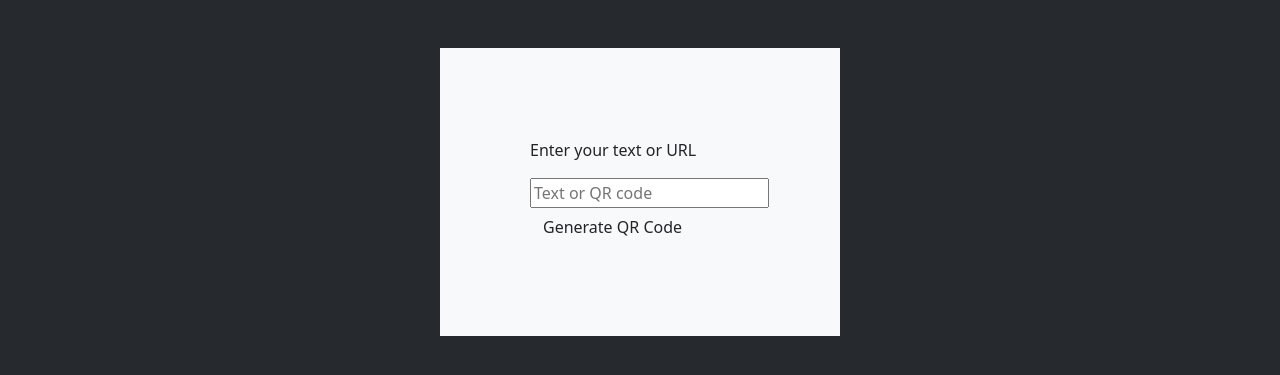
Repository: zeinawady/Qr-Code-Generator-App
Page: index.html
The author's editor kept a copy of each file at every save. The page is drawn from the files as they stood at one save, then again after the next save.
The browser window is 1280 px wide. The pictures show the whole page.

Above is the page before, as saved 2024-10-30 00:27:49.

### index.html
<!DOCTYPE html>
<html lang="en">
<head>
    <meta charset="UTF-8">
    <meta name="viewport" content="width=device-width, initial-scale=1.0">
    <title>Qr code generator</title>
    <link rel="stylesheet" href="css/bootstrap.min.css.map">
    <link rel="stylesheet" href="css/bootstrap.min.css">
    <link rel="stylesheet" href="css/style.css">
</head>
<body>
    <div class="container  d-flex justify-content-center align-items-center bg-light mt-5">
   <div class="container">
<p>Enter your text or URL</p>
<input type="text" placeholder="Text or QR code">
<button class="btn">Generate QR Code</button>
   </div>
</div>

    <script src="js/bootstrap.bundle.min.js"></script>
    <script src="js/bootstrap.bundle.min.js.map"></script>
<script src="js/script.js"></script>
</body>
</html>

### css/style.css
body{
    background-color:#262a2f ;
}
.container{
    max-width: 400px;
   padding: 45px;
}

Loaded but not shown: css/bootstrap.min.css (library); js/bootstrap.bundle.min.js (library); js/script.js (no copy from this time; the picture is the same without it)

After the next save:
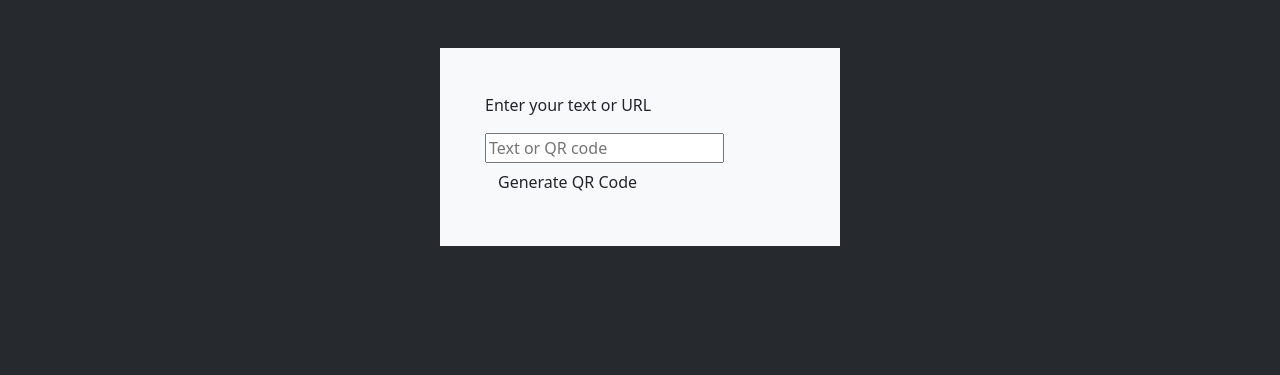
Saved 4 s later.
--- a/index.html
+++ b/index.html
@@ -10,7 +10,7 @@
 </head>
 <body>
     <div class="container  d-flex justify-content-center align-items-center bg-light mt-5">
-   <div class="container">
+   <div class="">
 <p>Enter your text or URL</p>
 <input type="text" placeholder="Text or QR code">
 <button class="btn">Generate QR Code</button>
